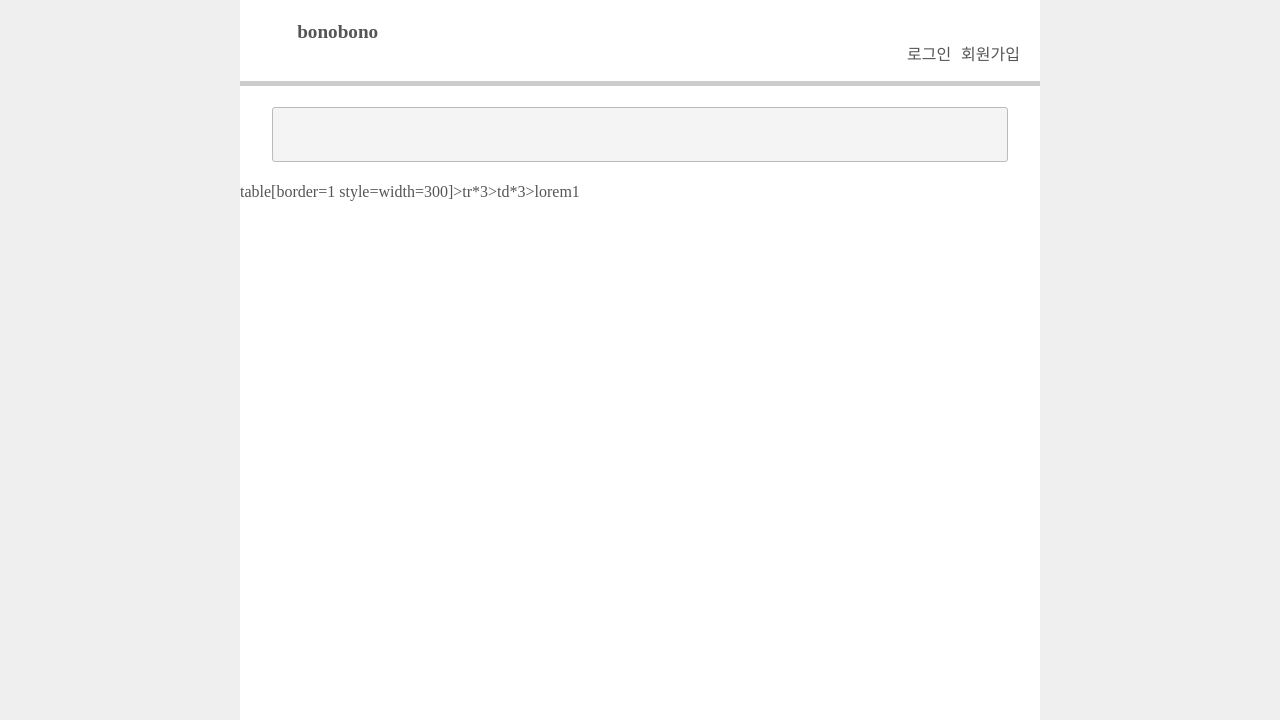
Repository: KKgeon/commonstudent
Page: WebClass/webPro/src/main/webapp/javascript/days03/ex02_02.html
The author's editor kept a copy of each file at every save. The page is drawn from the files as they stood at one save, then again after the next save.
The browser window is 1280 px wide. The pictures show the whole page.
Some web fonts or font styles are not loaded; a fallback is used.

Above is the page before, as saved 2024-04-08 00:42:09.

### WebClass/webPro/src/main/webapp/javascript/days03/ex02_02.html
<!DOCTYPE html>
<html>
<head>
<meta charset="UTF-8">
<meta name="viewport" content="width=device-width, initial-scale=1.0">
<title>Insert title here</title>
<link rel="shortcut icon" type="image/x-icon" href="http://localhost/webPro/images/favicon.ico">
<script src="https://ajax.googleapis.com/ajax/libs/jquery/3.7.1/jquery.min.js"></script>
<link rel="stylesheet" href="http://localhost/webPro/resources/cdn-main/example.css">
<script src="http://localhost/webPro/resources/cdn-main/example.js"></script>
<style>
 span.material-symbols-outlined{
   vertical-align: text-bottom;
 }
</style>
</head>
<body>
<header>
 <h1 class="main"><img src="http://localhost/webPro/images/favicon.ico" alt=""><a href="#" style="position:absoute;top:30px;">bonobono</a><img src="http://localhost/webPro/images/favicon.ico" alt=""></h1>
<ul>
<li><a href="#">로그인</a></li>
<li><a href="#">회원가입</a></li>
</ul>
</header>
<div>
  <xmp class="code">
  </xmp>
</div>

table[border=1 style=width=300]>tr*3>td*3>lorem1
</body>
</html>

### WebClass/webPro/src/main/webapp/resources/cdn-main/example.css
@charset "UTF-8";

@import url('https://fonts.googleapis.com/css2?family=Material+Symbols+Outlined:opsz,wght,FILL,GRAD@20..48,100..700,0..1,-50..200');

@font-face {
    font-family: 'GmarketSansMedium';
    src: url('https://cdn.jsdelivr.net/gh/projectnoonnu/noonfonts_2001@1.1/GmarketSansMedium.woff') format('woff');
    font-weight: normal;
    font-style: normal;
}

:root {
	--text-color: #555;
	--sub-text-color: #777;
	--back-color: #EFEFEF;
	--header-color: #444;
	--primary-color: #DEDEDE;
	--secondary-color: #EFEFEF;
	--default-width: 800px;
	--narrow-width: 500px;
	--wide-width: 1200px;
	--text-font: 'GmarketSansMedium';
	--icon-font: 'Material Symbols Outlined';
	--border-color: #CCC;
}

html, body {
	margin: 0;
	padding: 0;
}

html {
	background-color: var(--back-color);
	display: flex;
	justify-content: center;
	min-height: 100vh;
}

body, body.default {
	width: var(--default-width);
	background-color: white;
	padding-bottom: 120px;
}

body.wide {
	width: var(--wide-width);
}

body.narrow {
	width: var(--narrow-width);
}



body, p, div, span, a, input, select, option, textarea, button, table, th, td, label, fieldset, legend {
	font-family: var(--text-font);
	color: var(--text-color);
}

h1, h2, h3 {
	font-family: var(--text-font);
	color: var(--header-color);
	padding: 0 1rem;
	padding-top: .5rem;
}

div > h1, div > h2, div > h3 {
	padding: 0;
}

body > div, body > main > div {
	padding: 0.3rem 1rem;
}


h1 { font-size: 2rem; border-bottom: 1px solid var(--border-color); }
h1 small { font-size: 1.2rem; color: var(--sub-text-color); }
h2 { font-size: 1.5rem; border-bottom: 1px dashed var(--border-color); }
h2 small { font-size: 1.1rem; color: --sub-text-color; }
h3 { font-size: 1.2rem; }
h3 small { font-size: 1rem; color: --sub-text-color; }



h1.main::before {
	font-family: var(--icon-font);
  	content: '\e666';
  	margin-right: 10px;
  	float: left;
	font-size: 2.5rem;
}

h1.sub::before {
	font-family: var(--icon-font);
  	content: '\ea19';
  	margin-right: 10px;
  	float: left;
	font-size: 2.5rem;
}


h1.page::before {
	font-family: var(--icon-font);
  	content: '\e0e0';
  	margin-right: 10px;
  	float: left;
	font-size: 2.5rem;
}

body > header > ul > li > .active{
	background-color: #FFF;
	color:#F00;
}

body > header {
	display: flex;
	justify-content: space-between;
	border-bottom: 5px solid var(--border-color);
	min-height: 74px;
	background-color: #FFF;
}

body > header.sticky {
	position: sticky;
	top: 0;
	z-index: 98;
}

body > header > h1 {
	font-size: 1.2rem;
	border: 0;
}

body > header.in > h1::before {
	font-family: var(--icon-font);
  	content: '\e332‥';
  	margin-right: 3px;
  	float: left;
	font-size: 2rem;
}


body > header > ul {
	list-style-type: none;
	display: flex;
	align-items: flex-end;
	margin-right: 10px;
}

body > header > ul > li {
	margin-right: 10px;
	cursor: pointer;
}

body > header > ul > li > a {
	cursor: pointer;
}


form {
	display: block;
}

form > div {
	padding: 0.3rem 1rem;
}

div > form > div {
	padding: 0.3rem 0;
}

input, textarea, button, select {
	border: 1px solid #BBB;
	border-radius: 3px;
	outline: none;
	resize: none;
	padding: 7px;
	margin: 0;
}

input[type=text]:read-only, textarea:read-only {
	cursor: not-allowed;
	background-color: #FFF;
}

input[type=text]:disabled, textarea:disabled {
	cursor: not-allowed;
	background-color: #EEE;
}

input[type=text], input[type=password], textarea, button, select {
	/* width: 300px; */
}

textarea {
	display: block;
	height: 100px;
}

input[type=button], input[type=submit], button {
	/* width: inherit; */
}

input.short, textarea.short, button.short, select.short {
	width: 100px;
}

input.long, textarea.long, button.long, select.long {
	width: 350px;
}

.narrow input.long, .narrow textarea.long, .narrow button.long, .narrow select.long {
	width: calc(100% - 20px);
}

input.full, textarea.full, button.full, select.full {
	width: calc(100% - 20px);
}

textarea.short {
	height: 50px;
}

textarea.long {
	height: 100px;
}

textarea.full {
	height: 200px;
}

input, textarea {
	padding-top: 8px;
}

input[type=button], input[type=submit], button {
	padding: 5px 10px;
	background-color: var(--secondary-color);
	cursor: pointer;
	min-height: 36px;
}

input[type=button].primary, input[type=submit].primary, button.primary {
	/* background-color: rgba(100, 149, 237, .2); */
	background-color: var(--primary-color);
}

input[type=button].primary:hover, input[type=submit].primary:hover, button.primary:hover {
	/* background-color: rgba(100, 149, 237, .3); */
	background-color: var(--secondary-color);
}

input[type=button]:hover, input[type=submit]:hover, button:hover {
	background-color: var(--primary-color);
}

button {
	position: relative;
	left: 0;
	top: 0;
	padding-left: 35px;
}

button .material-symbols-outlined {
	position: absolute;
	left: 10px;
	top: 4px;
}

/* k2nik add */
button.login::before {
	font-family: var(--icon-font);
  	content: '\ea77';
	position: absolute;
	left: 11px;
	top: 4px;
	font-size: 1.25rem;
}

/* k2nik logout */
button.logout::before {
	font-family: var(--icon-font);
  	content: '\e9ba';
	position: absolute;
	left: 11px;
	top: 4px;
	font-size: 1.25rem;
}

/* k2nik help */
button.help::before {
	font-family: var(--icon-font);
  	content: '\f1c0';
	position: absolute;
	left: 11px;
	top: 4px;
	font-size: 1.25rem;
}

button.add::before{
	font-family: var(--icon-font);
  	content: '\e746';
	position: absolute;
	left: 11px;
	top: 4px;
	font-size: 1.25rem;
}

button.back::before {
	font-family: var(--icon-font);
  	content: '\e166';
	position: absolute;
	left: 11px;
	top: 4px;
	font-size: 1.25rem;
}

button.list::before {
	font-family: var(--icon-font);
  	content: '\e0ee';
	position: absolute;
	left: 11px;
	top: 4px;
	font-size: 1.25rem;
}


button.del::before {
	font-family: var(--icon-font);
  	content: '\e872';
	position: absolute;
	left: 11px;
	top: 4px;
	font-size: 1.25rem;
}


button.edit::before {
	font-family: var(--icon-font);
  	content: '\e745';
	position: absolute;
	left: 11px;
	top: 4px;
	font-size: 1.25rem;
}


button.login::before {
	font-family: var(--icon-font);
  	content: '\ea77';
	position: absolute;
	left: 11px;
	top: 4px;
	font-size: 1.25rem;
}


button.logout::before {
	font-family: var(--icon-font);
  	content: '\e9ba';
	position: absolute;
	left: 11px;
	top: 4px;
	font-size: 1.25rem;
}


button.in::before {
	font-family: var(--icon-font);
  	content: '\f71a';
	position: absolute;
	left: 11px;
	top: 4px;
	font-size: 1.25rem;
}


button.out::before {
	font-family: var(--icon-font);
  	content: '\f70e';
	position: absolute;
	left: 11px;
	top: 4px;
	font-size: 1.25rem;
}


button.reply::before {
	font-family: var(--icon-font);
  	content: '\e15e';
	position: absolute;
	left: 11px;
	top: 4px;
	font-size: 1.25rem;
}


button.comment::before {
	font-family: var(--icon-font);
  	content: '\e0b9';
	position: absolute;
	left: 11px;
	top: 4px;
	font-size: 1.25rem;
}


button.modal::before {
	font-family: var(--icon-font);
  	content: '\e89e';
	position: absolute;
	left: 11px;
	top: 4px;
	font-size: 1.25rem;
}


button.ok::before {
	font-family: var(--icon-font);
  	content: '\e86c';
	position: absolute;
	left: 11px;
	top: 4px;
	font-size: 1.25rem;
}


button.cancel::before {
	font-family: var(--icon-font);
  	content: '\e5c9';
	position: absolute;
	left: 11px;
	top: 4px;
	font-size: 1.25rem;
}

button.search::before {
	font-family: var(--icon-font);
  	content: '\e8b6';
	position: absolute;
	left: 11px;
	top: 4px;
	font-size: 1.25rem;
}

button.home::before {
	font-family: var(--icon-font);
  	content: '\e88a';
	position: absolute;
	left: 11px;
	top: 4px;
	font-size: 1.25rem;
}


button.sidebar::before {
	font-family: var(--icon-font);
  	content: '\f7e4';
	position: absolute;
	left: 11px;
	top: 4px;
	font-size: 1.25rem;
}


button.sidebar-right::before {
	font-family: var(--icon-font);
  	content: '\f7e5';
	position: absolute;
	left: 11px;
	top: 4px;
	font-size: 1.25rem;
}




button::before {
	font-family: var(--icon-font);
  	content: '\e323';
	position: absolute;
	left: 11px;
	top: 4px;
	font-size: 1.25rem;
}


table {
	border-collapse: collapse;
	margin: 1rem;
	box-sizing: border-box;
	width: calc(100% - 32px);
}

table.content {
	width: auto;
}

div > table {
	margin: 0;
}

table th, table td {
	border: 1px solid var(--border-color);
	padding: 7px;
	font-weight: normal;
}

table th {
	background-color: var(--back-color);
}

table.vertical th {
	width: 150px;
}

table.vertical td {
	width: calc(100% - 182px);
	padding-left: 10px;
}

table.content td, table.content th {
	width: auto;
}

body.narrow table.vertical th {
	width: 100px;
}

body.narrow table.vertical td {
	width: calc(100% - 182px);
}


table + table {
	margin-top: 30px;
}


p {
	padding: 0 1rem;
}

a {
	text-decoration: none;
}

a:hover {
	color: rgba(255, 99, 71, .7);
}

hr {
	border: 0;
	border-top: 1px solid var(--border-color);
	margin: 2rem 0;
}

.message {
	border: 1px solid var(--border-color);
	background-color: #EFEFEF;
	margin: 1rem;
	width: auto;
	padding-top: 10px;
	padding-bottom: 10px;
	font-size: 14px;
}

.message[title]::before {
	content: attr(title);
	display: block;
	border-bottom: 1px solid var(--border-color);
	padding-bottom: 5px;
	margin-bottom: 10px;
	margin-top: 7px;
}

.message.short {
	max-width: 250px;
}

.message.long {
	max-width: 500px;
}

.badge {
	float: right;
	font-size: .8rem;
	margin-top: 2px;
	margin-right: 2px;
	text-shadow: 0 0 7px gray;
}

.badge.left {
	float: none;
	margin-left: 2px;
}

.badge.right {
	float: right;
}

.badge.red {
	border-radius: 50%;
	padding: 2px 5px;
	background-color: rgb(255, 99, 71, .3);
}

.badge.yellow {

	border-radius: 50%;
	padding: 2px 5px;
	background-color: rgb(255, 215, 0, .5);
}

.badge.blue {
	border-radius: 50%;
	padding: 2px 5px;
	background-color: rgb(100, 149, 237, .3);
}

label + label {
	margin-left: 7px;
}

label input[type=checkbox], label input[type=radio] {
	transform: translate(0, 1px);
}

.group {
	display: flex;
}

.modal-content .group {
	margin-bottom: .5rem;
}

.group label {
	border: 1px solid #BBB;
	border-radius: 3px;
	outline: none;
	resize: none;
	padding: 7px 14px;
	margin: 0;
	border-top-right-radius: 0;
	border-bottom-right-radius: 0;
	background-color: #EFEFEF;
	white-space: nowrap;
	font-size: 14px;
}

.group input[type=text] {
	margin-left: -1px;
	border-top-left-radius: 0;
	border-bottom-left-radius: 0;
}

.group select {
	margin-left: -1px;
	border-top-left-radius: 0;
	border-bottom-left-radius: 0;
}

.group input.full[type=text] {
	margin-left: -1px;
	border-top-left-radius: 0;
	border-bottom-left-radius: 0;
	width: 100%;
}

.group input[type=button]:first-child, .group button:first-child {
	border-top-left-radius: 3px;
	border-bottom-left-radius: 3px;
	margin-left: 0px;
}

.group input[type=button], .group button {
	border-radius: 0;
	margin-left: -1px;
}

.group input[type=button]:last-child, .group button:last-child {
	margin-left: -1px;
	border-top-right-radius: 3px;
	border-bottom-right-radius: 3px;
}

.seperate {
	display: flex;
	justify-content: space-between;
}

div.list {
	width: max-content;
	margin: 1rem;
	border: 1px solid #BBB;
	border-radius: 3px;
	padding: 0;
}

div.list.full {
	width: auto;
	display: block;
	margin: 1rem;
	border: 1px solid #BBB;
	border-radius: 3px;
	padding: 0;
}

div.list > div {
	padding: .5rem 1rem;
	margin: 0;
	border-bottom: 1px solid #BBB;
}

div.list > div:last-child {
	border-bottom: 0;
}

pre.code , xmp.code{
	font-family: consols;
	background-color: rgba(150, 150, 150, .1);
	border: 1px solid #BBB;
	border-radius: 3px;
	padding: .5rem 1rem;
	padding-bottom: .6rem;
	margin: 1rem;
}




*[data-modal-window] {
	position: fixed;
	background-color: rgba(0, 0, 0, .3);
	left: 0;
	top: 0;
	display: none;
	justify-content: center;
	align-items: flex-start;
	width: 100%;
	min-height: 100vh;
	z-index: 100;
	opacity: 0;
	transition: 500ms all;
}

*[data-modal-window] .modal-container {
	border-radius: 5px;
	padding: 1rem;
	padding-bottom: .5rem;
	margin-top: -500px;
	opacity: 0;
	width: 500px;
	background-color: #FFF;
	margin-right: 2rem;
	transition: 500ms all;
}

*[data-modal-size=content] .modal-container {
	width: auto;
}

*[data-modal-size=narrow] .modal-container {
	width: 300px;
}

*[data-modal-size=wide] .modal-container {
	width: 760px;
}


*[data-modal-window] .modal-header {
	border-bottom: 1px solid var(--border-color);
	padding: 2px 5px;
}

*[data-modal-window] .modal-content {
	padding: 1rem 5px;
}

*[data-modal-window] .modal-content div:last-child {
	margin-top: 1rem;
	text-align: right;
}



*[data-sidebar-window] {
	position: fixed;
	background-color: #FFF;
	left: 0;
	top: 0;
	display: block;
	width: 300px;
	border-right: 1px solid var(--border-color);
	box-sizing: border-box;
	box-shadow: 0 0 3px var(--back-color);
	min-height: 100vh;
	z-index: 99;
	transform: translate(-300px, 0);
	transition-duration: 500ms;
	transition-property: transform;
}

*[data-sidebar-direction=right] {
	left: auto;
	right: 0;
	transform: translate(300px, 0);
	border-left: 1px solid var(--border-color);
}

*[data-sidebar-size=wide] {
	width: 500px;
	transform: translate(-500px, 0);
}

*[data-sidebar-window] .sidebar-title {
	border-bottom: 1px solid var(--border-color);
	margin-top: 20px;
	margin-bottom: 20px;
	padding-bottom: 5px;
	display: flex;
	justify-content: space-between;
}

*[data-sidebar-window] .sidebar-title span:last-child {
	cursor: pointer;
}


/* K2Nik pagination */
.center {
  text-align: center;
}

.pagination {
  display: inline-block;
}

.pagination a {
  color: black;
  float: left;
  padding: 3px 6px;
  text-decoration: none;
  transition: background-color .3s;
  border: 1px solid #ddd;
  margin: 0 3px;
}

.pagination a.active {
  background-color: #4CAF50;
  color: white;
  border: 1px solid #4CAF50;
}

.pagination a:hover:not(.active) {background-color: #ddd;}

### WebClass/webPro/src/main/webapp/resources/cdn-main/example.js

window.onload = () => {

    const list = document.querySelectorAll('input, textarea');

    list.forEach(item => {
        item.setAttribute('autocomplete', 'off');
    });


    const modal_btn_list = document.querySelectorAll('*[data-modal-button]');

    modal_btn_list.forEach(item => {
        item.onclick = function() {

            const name = this.dataset['modalButton'];
            const modal_window = document.querySelector('*[data-modal-window=' + name);

            const container = document.createElement('div');
            container.className = 'modal-container';



            const modal_header = document.createElement('div');
            modal_header.textContent = modal_window.dataset['modalTitle'];
            modal_header.className = 'modal-header';
            container.appendChild(modal_header);

            const modal_content = document.createElement('div');
            modal_content.className = 'modal-content';
            container.appendChild(modal_content);

            Array.from(modal_window.childNodes).forEach(item => {
                modal_content.appendChild(item);
            });

            modal_window.appendChild(container);

            modal_window.style.display = 'flex';

            setTimeout(() => {
                modal_window.style.opacity = 1;
                container.style.marginTop = '20px';
                container.style.opacity = 1;
            }, 50);


            const modal_ok = document.querySelector('*[data-modal-ok=' + name);
            modal_ok.addEventListener('click', function() {
                modal_window.style.opacity = 0;
                container.style.marginTop = '-500px';
                container.style.opacity = 0;

                setTimeout(() => {
                    modal_window.innerHTML = modal_content.innerHTML;
                    modal_window.style.display = 'none';
                }, 500);

            });

            const modal_cancel = document.querySelector('*[data-modal-cancel=' + name);
            modal_cancel.addEventListener('click', function() {

                modal_window.style.opacity = 0;
                container.style.marginTop = '-500px';
                container.style.opacity = 0;

                setTimeout(() => {
                    modal_window.innerHTML = modal_content.innerHTML;
                    modal_window.style.display = 'none';
                }, 500);
            });


        };
    });


    const sidebar_btn_list = document.querySelectorAll('*[data-sidebar-button]');

    sidebar_btn_list.forEach(item => {
        item.onclick = function() {



            const name = this.dataset['sidebarButton'];
            const sidebar_window = document.querySelector('*[data-sidebar-window=' + name);

            if (sidebar_window.style.transform == 'translate(0px, 0px)') return;



            sidebar_window.style.transform = 'translate(0, 0)';

            const sidebar_title = document.createElement('div');
            sidebar_title.className = 'sidebar-title';
            sidebar_title.innerHTML = '<span>' + sidebar_window.dataset['sidebarTitle'] + '</span><span class="material-symbols-outlined">close</span>';

            sidebar_title.children[1].onclick = function() {

                let sign = 1;
                let distance = 300;

                if (sidebar_window.dataset['sidebarDirection'] != 'right') {
                    sign = -1;
                } else {
                    sign = 1;
                }

                if (sidebar_window.dataset['sidebarSize'] != 'wide') {
                    distance = 300;
                } else {
                    distance = 500;
                }

                distance *= sign;

                sidebar_window.style.transform = 'translate(' + distance + 'px, 0)';

                setTimeout(function() {
                    sidebar_window.removeChild(sidebar_window.children[0]);
                }, 500);
            };


            sidebar_window.prepend(sidebar_title);

        }
    });

};

// window.onkeydown = function(event) {

//     if (event.keyCode == 27) {
//         if (document.querySelector('[data-modal-window').style.display == 'flex') {
//             document.querySelector('[data-modal-window').style.display = 'none';
//         }
//     }

// };

After the next save:
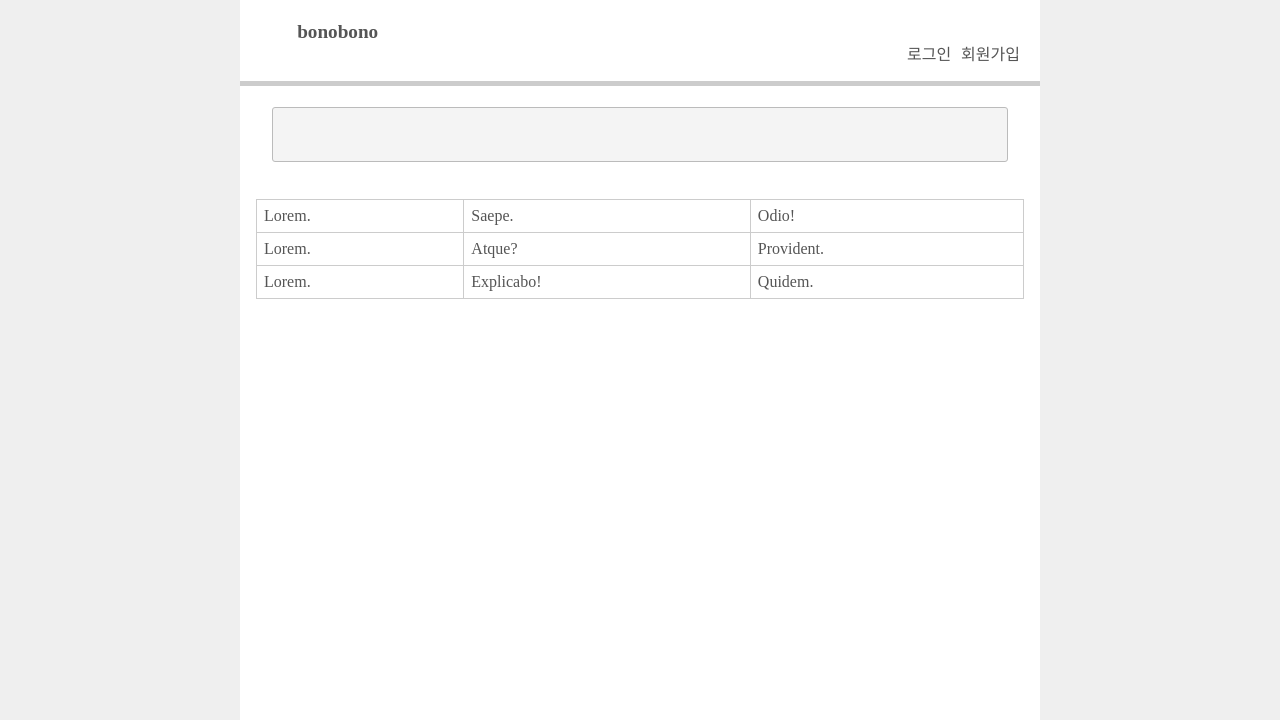
Saved 32 s later.
--- a/WebClass/webPro/src/main/webapp/javascript/days03/ex02_02.html
+++ b/WebClass/webPro/src/main/webapp/javascript/days03/ex02_02.html
@@ -27,6 +27,22 @@
   </xmp>
 </div>
 
-table[border=1 style=width=300]>tr*3>td*3>lorem1
+<table border="1" style="width:300">
+	<tr>
+		<td>Lorem.</td>
+		<td>Saepe.</td>
+		<td>Odio!</td>
+	</tr>
+	<tr>
+		<td>Lorem.</td>
+		<td>Atque?</td>
+		<td>Provident.</td>
+	</tr>
+	<tr>
+		<td>Lorem.</td>
+		<td>Explicabo!</td>
+		<td>Quidem.</td>
+	</tr>
+</table>
 </body>
 </html>
